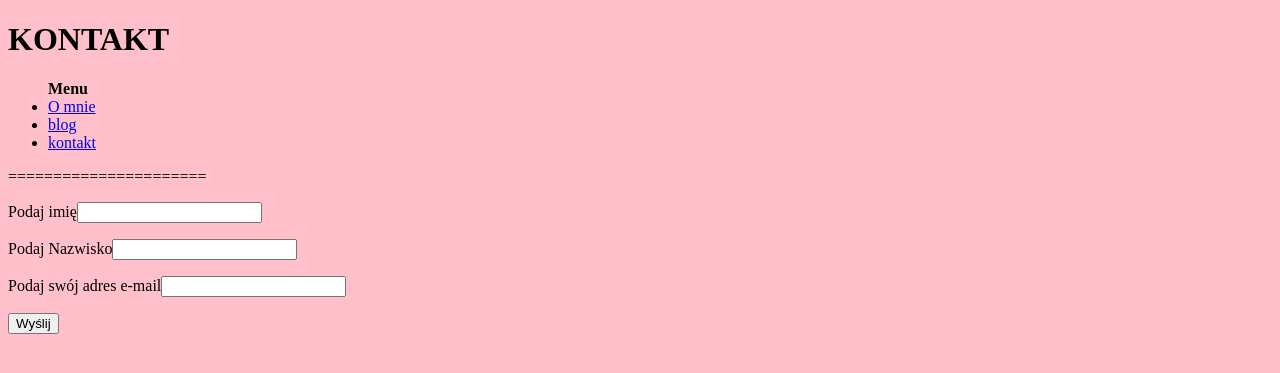
Repository: TomaszPrysak/spring_programy
Page: http://localhost/kontakt
The author's editor kept a copy of each file at every save. The page is drawn from the files as they stood at one save, then again after the next save.
The browser window is 1280 px wide. The pictures show the whole page.
The page is this project's Thymeleaf template; nobody is signed in. The template is opened directly, without the code that normally fills it, so the values that code supplies are empty.

Above is the page before, as saved 2017-08-28 12:57:08.

After the next save:
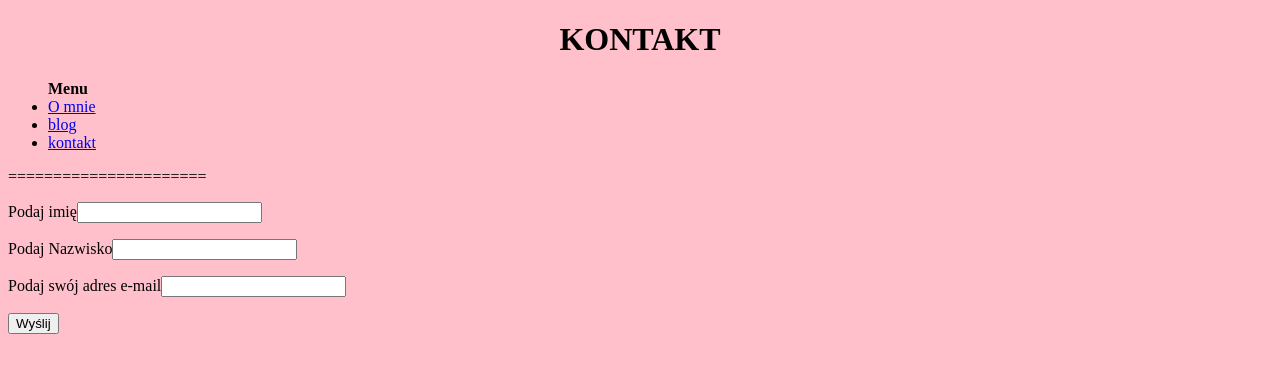
Saved 106 s later.
--- a/Spring_Cwiczenie_S1_Jar/src/main/resources/static/style.css
+++ b/Spring_Cwiczenie_S1_Jar/src/main/resources/static/style.css
@@ -1,3 +1,8 @@
 body	{
 		background-color: pink;
 }
+
+h1{
+	text-align: center;
+	font-color: light blue;
+}
